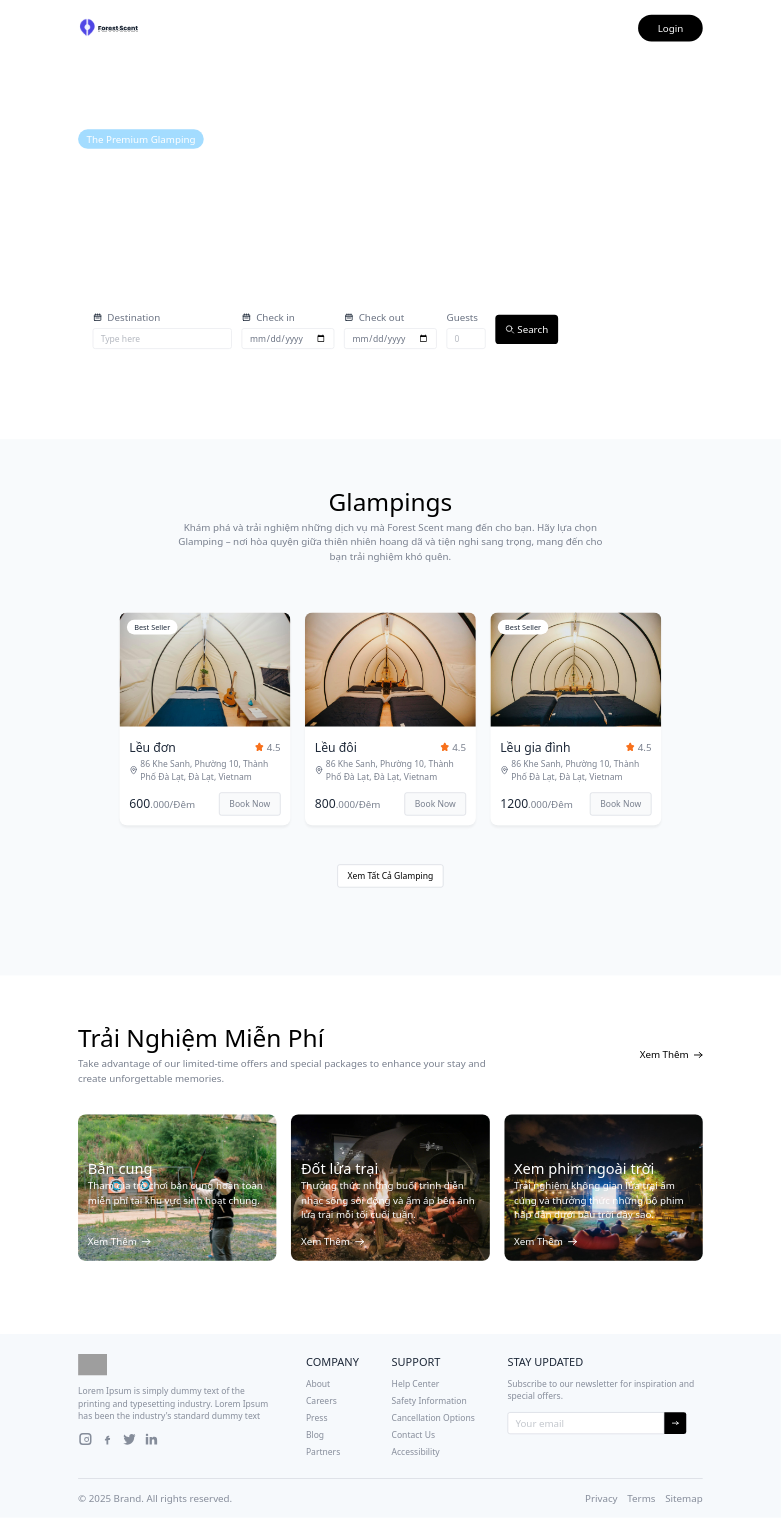
Repository: Ponn-Star/My-App
Page: / (app in FrontEnd/)
These files come from the project's save history. The page is drawn as it stood at one moment and after the next save; the edit follows.
The browser window is 1280 px wide. The pictures show the whole page, at 61% of full size.
Pictures or frames that could not be fetched are drawn as grey boxes. The page's requests for data from a server got no answer. The project was rebuilt for these pictures with package versions that can differ from the ones it lists, and the page was loaded fresh each time. Some packages were replaced by stand-ins written for this rebuild. No one was signed in, and anything a server would have sent is missing. Also part of the build but not shown: FrontEnd/vite.config.js, FrontEnd/src/assets/assets.js, FrontEnd/src/components/Admin/Navbar.jsx, FrontEnd/src/components/StarRating.jsx, FrontEnd/src/pages/AllRooms.jsx, FrontEnd/src/pages/RoomDetails.jsx, FrontEnd/src/pages/MyBookings.jsx, FrontEnd/src/components/Admin/Sidebar.jsx and 6 more.

Above is the page before, as saved 2025-06-06 00:10:04.

After the next save:
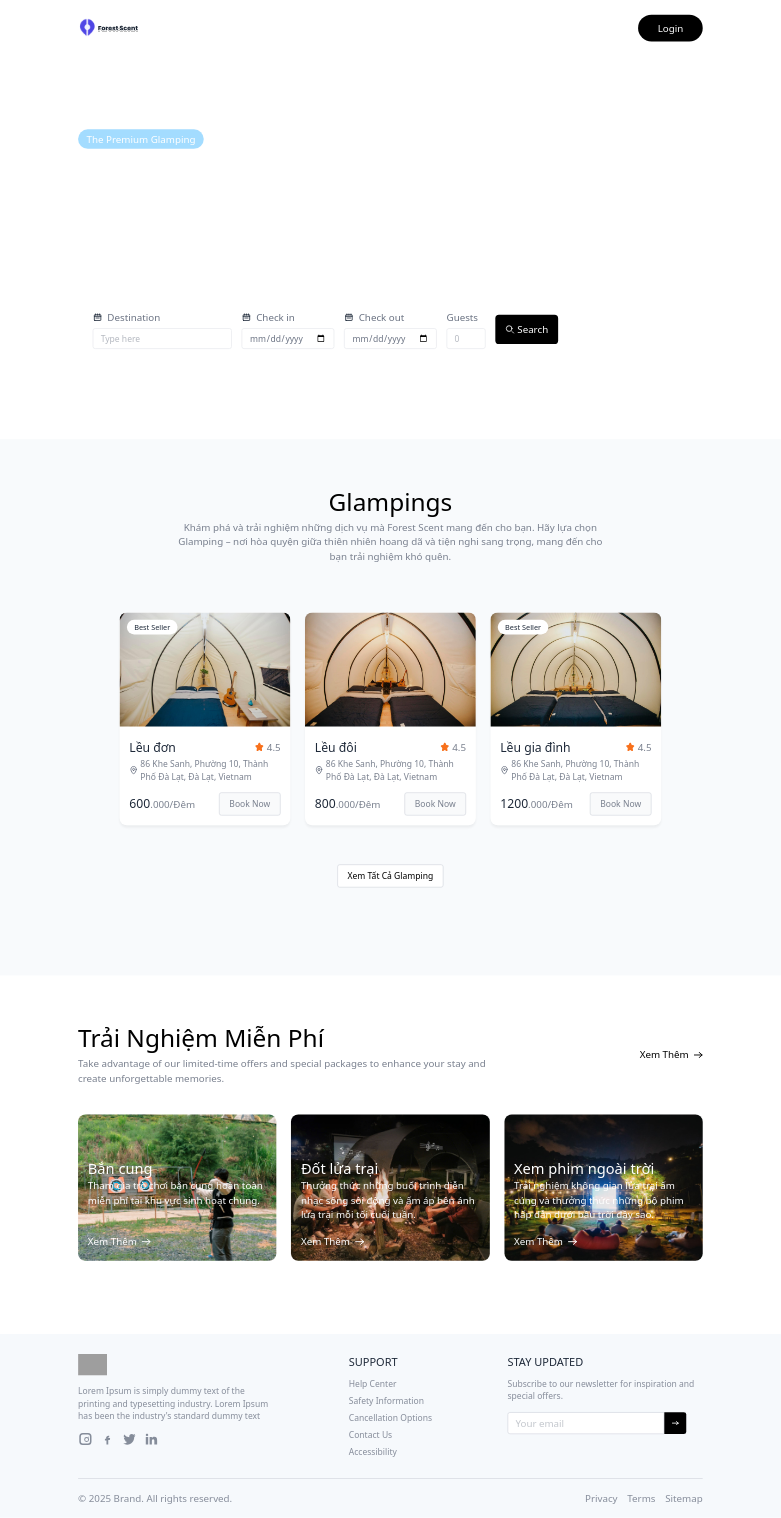
Saved 19 s later.
--- a/FrontEnd/src/components/Footer.jsx
+++ b/FrontEnd/src/components/Footer.jsx
@@ -27,17 +27,6 @@ const Footer = () => {
                             <path d="M4.98 3.5C3.88 3.5 3 4.38 3 5.48c0 1.1.88 1.98 1.98 1.98h.02c1.1 0 1.98-.88 1.98-1.98C6.98 4.38 6.1 3.5 4.98 3.5zM3 8.75h3.96V21H3V8.75zm6.25 0h3.8v1.68h.05c.53-.98 1.82-2.02 3.75-2.02 4.01 0 4.75 2.64 4.75 6.07V21H17v-5.63c0-1.34-.03-3.07-1.88-3.07-1.88 0-2.17 1.47-2.17 2.98V21H9.25V8.75z" />
                         </svg>
                     </div>
-                </div>
-
-                <div>
-                    <p className='text-lg text-gray-800'>COMPANY</p>
-                    <ul className='mt-3 flex flex-col gap-2 text-sm'>
-                        <li><a href="#">About</a></li>
-                        <li><a href="#">Careers</a></li>
-                        <li><a href="#">Press</a></li>
-                        <li><a href="#">Blog</a></li>
-                        <li><a href="#">Partners</a></li>
-                    </ul>
                 </div>
 
                 <div>
